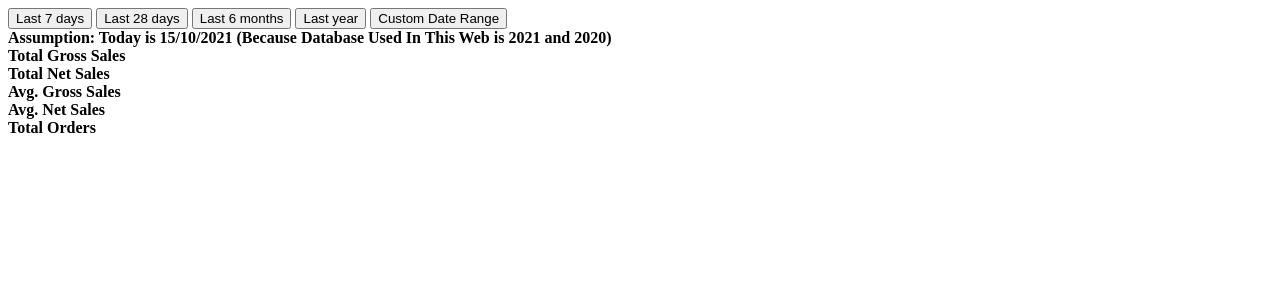
Repository: quockhuongtrann/Ecommerce-Website-With-Spring-Framework
Page: http://localhost/reports/sales_report_by_date
An editor plug-in stored every save of this project. The page is shown before and after the next save, followed by the edit.
The browser window is 1280 px wide. The pictures show the whole page.
The page is this project's Thymeleaf template; nobody is signed in. The template is opened directly, without the code that normally fills it, so the values that code supplies are empty.

Above is the page before, as saved 2023-01-18 12:53:54.

### ShopTqkProject/ShopTqkWebParent/ShopTqkBackend/src/main/resources/templates/reports/sales_report_by_date.html
<!DOCTYPE html>
<html xmlns:th="http://www.thymeleaf.org">
<body>
<div th:fragment="content" th:remove="tag">
	<div>
		<button period="last_7_days" class="btn btn-primary button-sales-by-date m-1">Last 7 days</button>
		<button period="last_28_days" class="btn btn-light button-sales-by-date m-1">Last 28 days</button>
		<button period="last_6_months" class="btn btn-light button-sales-by-date m-1">Last 6 months</button>
		<button period="last_year" class="btn btn-light button-sales-by-date m-1">Last year</button>
		<button class="btn btn-light button-sales-by-date m-1">Custom Date Range</button>
		<div><b>Assumption: Today is 15/10/2021 (Because Database Used In This Web is 2021 and 2020)</b></div>
	</div>

	<form>
	<div id="divCustomDateRange">

	</div>
	</form>

	<div id="chart_sales_by_date" class="justify-content-center mt-3">

	</div>

	<div class="row justify-content-center">
		<div class="col-2-sm">
			<div class="card">
				<div class="card-header"><b>Total Gross Sales</b></div>
				<div class="card-body">
					<span class="h3" id="textTotalGrossSales"></span>
				</div>
			</div>
		</div>

		<div class="col-2-sm">
			<div class="card">
				<div class="card-header"><b>Total Net Sales</b></div>
				<div class="card-body">
					<span class="h3" id="textTotalNetSales"></span>
				</div>
			</div>
		</div>

		<div class="col-2-sm">
			<div class="card">
				<div class="card-header"><b>Avg. Gross Sales</b></div>
				<div class="card-body">
					<span class="h3" id="textAvgGrossSales"></span>
				</div>
			</div>
		</div>

		<div class="col-2-sm">
			<div class="card">
				<div class="card-header"><b>Avg. Net Sales</b></div>
				<div class="card-body">
					<span class="h3" id="textAvgNetSales"></span>
				</div>
			</div>
		</div>

		<div class="col-2-sm">
			<div class="card">
				<div class="card-header"><b>Total Orders</b></div>
				<div class="card-body">
					<span class="h3" id="textTotalOrders"></span>
				</div>
			</div>
		</div>
	</div>
</div>

</body>
</html>

After the next save:
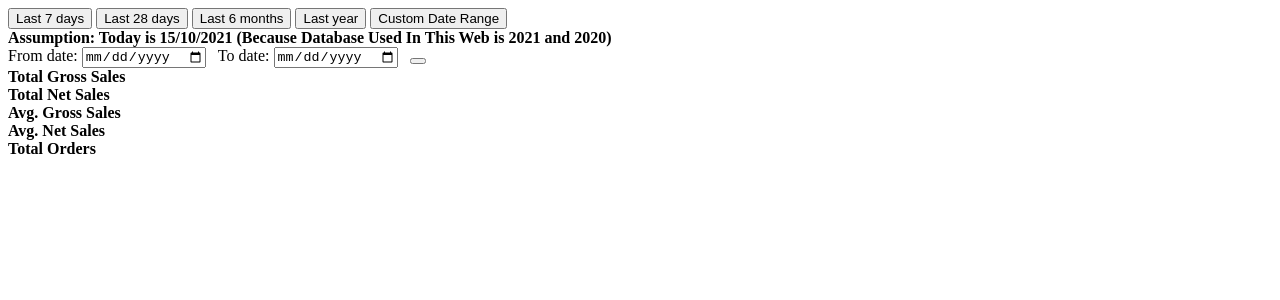
Saved 92 s later.
--- a/ShopTqkProject/ShopTqkWebParent/ShopTqkBackend/src/main/resources/templates/reports/sales_report_by_date.html
+++ b/ShopTqkProject/ShopTqkWebParent/ShopTqkBackend/src/main/resources/templates/reports/sales_report_by_date.html
@@ -13,7 +13,9 @@
 
 	<form>
 	<div id="divCustomDateRange">
-
+		From date: <input type="date" id="startDate" /> &nbsp;
+		To date: <input type="date" id="endDate" /> &nbsp;
+		<button type="button" class="btn btn-secondary" id="buttonViewReportByDateRange"></button>
 	</div>
 	</form>
 
